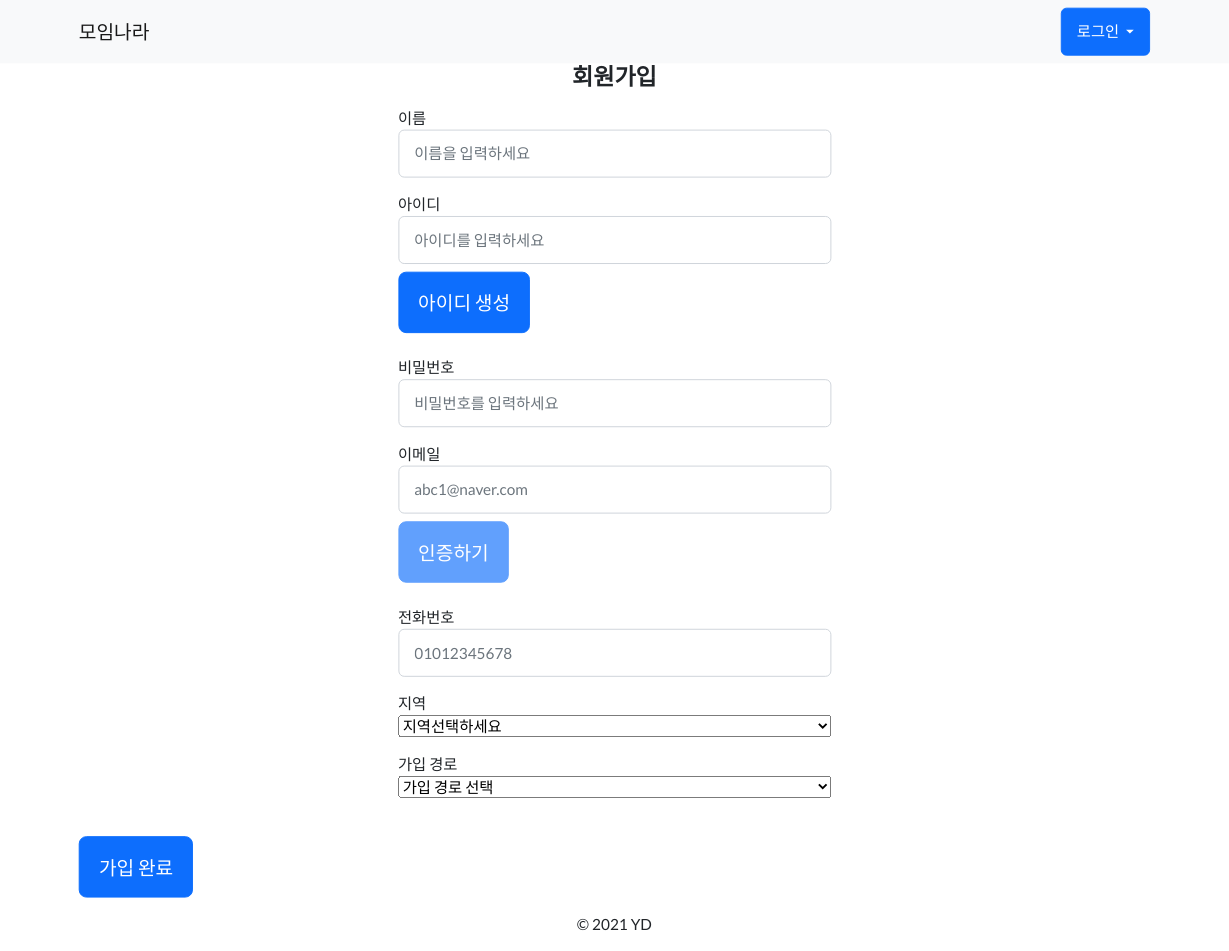
Repository: cmg9707/Devfox-spring-project
Page: http://localhost/DevJUS/WEB-INF/views/JUS/join.jsp
An editor plug-in stored every save of this project. The page is shown before and after the next save, followed by the edit.
The browser window is 1280 px wide. The pictures show the whole page, at 96% of full size.
The page is served by Tomcat 9. Nobody is signed in. The template is opened directly, without the code that normally fills it, so the values that code supplies are empty.

Above is the page before, as saved 2023-04-07 01:58:48.

After the next save:
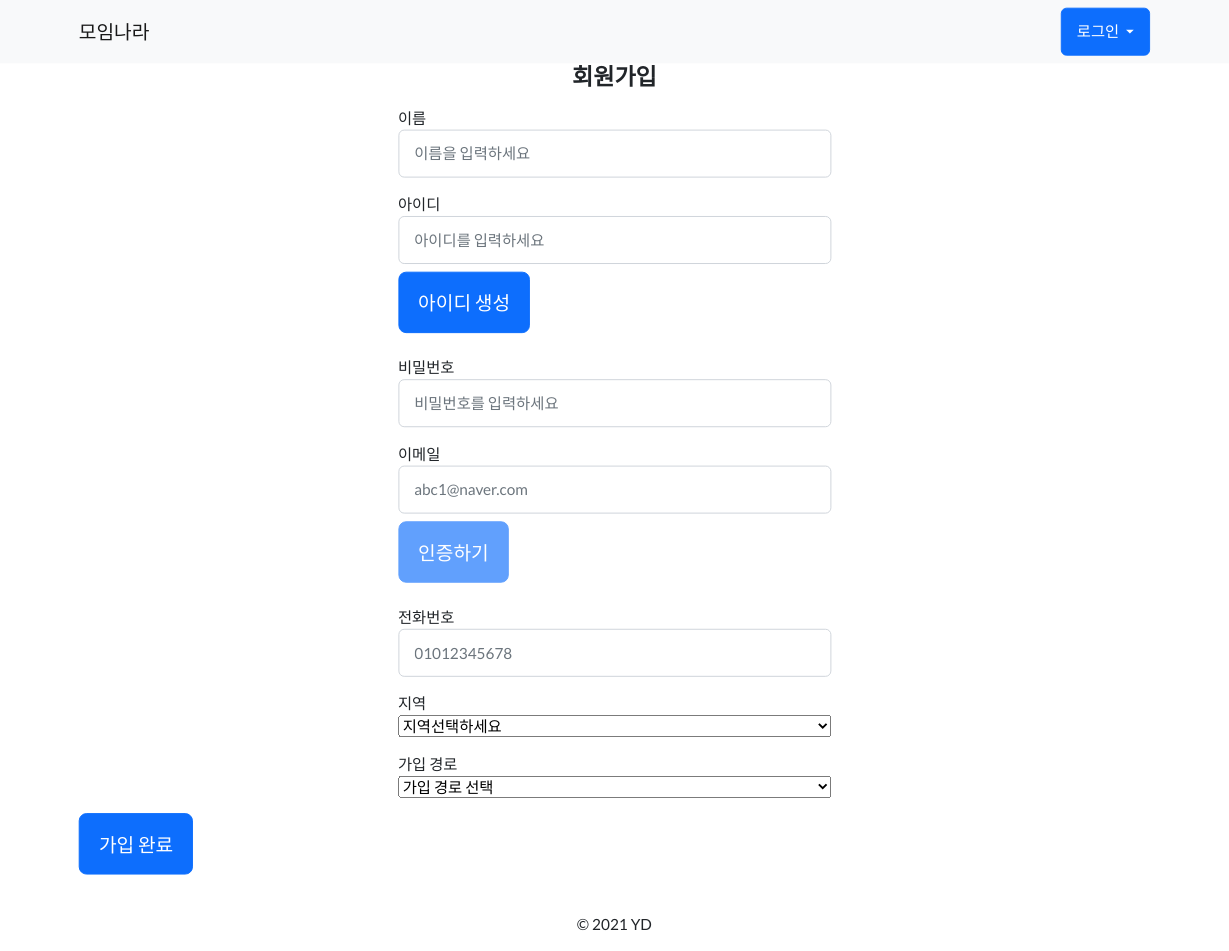
Saved 11 s later.
--- a/DevJUS/src/main/webapp/WEB-INF/views/JUS/join.jsp
+++ b/DevJUS/src/main/webapp/WEB-INF/views/JUS/join.jsp
@@ -133,9 +133,10 @@
 
 					</div>
 
-					<div class="mb-4"></div>
+					<div class="mb-4">
 					<button type="button" class="btn btn-primary btn-lg btn-block" onclick="send()">가입
 						완료</button>
+						</div>
 				</form>
 			</div>
 		</div>
